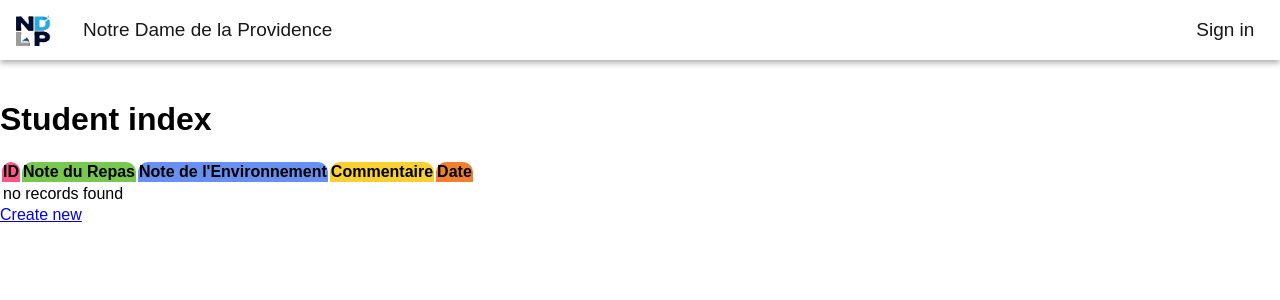
Repository: yaperson/self-feedback1
Page: templates/student/index.html.twig
An editor plug-in stored every save of this project. The page is shown before and after the next save, followed by the edit.
The browser window is 1280 px wide. The pictures show the whole page.
The page is a Twig template of a Symfony application; nobody is signed in and links lead nowhere. The template is opened directly, without the code that normally fills it, so the values that code supplies are empty.

Above is the page before, as saved 2021-12-14 10:43:22.
Console error: TypeError: Cannot read properties of null (reading 'querySelectorAll')

### templates/student/index.html.twig
{% extends 'base.html.twig' %}

{% block title %}Student index{% endblock %}

{% block body %}
    <h1>Student index</h1>

    <script>
        const compare = function(ids, asc)
        {
            return function(row1, row2)
            {
                const tdValue = function(row, ids)
                {
                    return row.children[ids].textContent;
                }

                const tri = function(v1, v2)
                {
                    if (v1 !== '' && v2 !== '' && !isNaN(v1) && !isNaN(v2))
                    {
                        return v1 - v2;
                    }

                    else
                    {
                        return v1.toString().localeCompare(v2);
                    }

                    return v1 !== '' && v2 !== '' && !isNaN(v1) && !isNaN(v2) ? v1 - v2 : v1.toString().localeCompare(v2);
                };

                return tri(tdValue(asc ? row1 : row2, ids), tdValue(asc ? row2 : row1, ids));
            }
        }

        const tbody = document.querySelector('tbody');
        const thx = document.querySelectorAll('th');
        const trxb = tbody.querySelectorAll('tr');

        thx.forEach(function(th)
        {
            th.addEventListener('click', function()
            {
                let classe = Array.from(trxb).sort(compare(Array.from(thx).indexOf(th), this.asc = !this.asc));

                classe.forEach(function(tr)
                {
                    tbody.appendChild(tr)
                });
            })
        });
    </script>

    <table class="table">
        <thead>
            <tr>
                <th style="background-color:#F85888; border-top-left-radius: 10px; -moz-border-radius-topleft: 10px; -webkit-border-top-left-radius: 10px; -khtml-border-top-left-radius: 10px; -icab-border-top-left-radius: 10px; -o-border-top-left-radius: 10px; border-top-right-radius: 10px; -moz-border-radius-topright: 10px; -webkit-border-top-right-radius: 10px; -khtml-border-top-right-radius: 10px; -icab-border-top-right-radius: 10px; -o-border-top-right-radius: 10px;">ID</th>
                <th style="background-color:#78C850; border-top-left-radius: 10px; -moz-border-radius-topleft: 10px; -webkit-border-top-left-radius: 10px; -khtml-border-top-left-radius: 10px; -icab-border-top-left-radius: 10px; -o-border-top-left-radius: 10px; border-top-right-radius: 10px; -moz-border-radius-topright: 10px; -webkit-border-top-right-radius: 10px; -khtml-border-top-right-radius: 10px; -icab-border-top-right-radius: 10px; -o-border-top-right-radius: 10px;">Note du Repas</th>
                <th style="background-color:#6890F0; border-top-left-radius: 10px; -moz-border-radius-topleft: 10px; -webkit-border-top-left-radius: 10px; -khtml-border-top-left-radius: 10px; -icab-border-top-left-radius: 10px; -o-border-top-left-radius: 10px; border-top-right-radius: 10px; -moz-border-radius-topright: 10px; -webkit-border-top-right-radius: 10px; -khtml-border-top-right-radius: 10px; -icab-border-top-right-radius: 10px; -o-border-top-right-radius: 10px;">Note de l'Environnement</th>
                <th style="background-color:#F8D030; border-top-left-radius: 10px; -moz-border-radius-topleft: 10px; -webkit-border-top-left-radius: 10px; -khtml-border-top-left-radius: 10px; -icab-border-top-left-radius: 10px; -o-border-top-left-radius: 10px; border-top-right-radius: 10px; -moz-border-radius-topright: 10px; -webkit-border-top-right-radius: 10px; -khtml-border-top-right-radius: 10px; -icab-border-top-right-radius: 10px; -o-border-top-right-radius: 10px;">Commentaire</th>
                <th style="background-color:#F08030; border-top-left-radius: 10px; -moz-border-radius-topleft: 10px; -webkit-border-top-left-radius: 10px; -khtml-border-top-left-radius: 10px; -icab-border-top-left-radius: 10px; -o-border-top-left-radius: 10px; border-top-right-radius: 10px; -moz-border-radius-topright: 10px; -webkit-border-top-right-radius: 10px; -khtml-border-top-right-radius: 10px; -icab-border-top-right-radius: 10px; -o-border-top-right-radius: 10px;">Date</th>
            </tr>
        </thead>
        <tbody>
        {% for student in students %}
            <tr>
                <td>{{ student.id }}</td>
                <td>{{ student.noteRepas }}</td>
                <td>{{ student.noteValeurEnvironnement }}</td>
                <td>{{ student.noteCommentaire }}</td>
                <td>{{ student.noteDate ? student.noteDate|date('Y-m-d') : '' }}</td>
            </tr>
        {% else %}
            <tr>
                <td colspan="6">no records found</td>
            </tr>
        {% endfor %}
        </tbody>
    </table>

    <a href="{{ path('student_new') }}">Create new</a>
{% endblock %}

### templates/base.html.twig
<!doctype html>
<html lang="en">
  <head>
    <meta charset="utf-8">
    <meta name="viewport" content="width=device-width, initial-scale=1, shrink-to-fit=no">
    <meta name="description" content="">
    <meta name="author" content="">
    <title>
        {% block title %} Welcome!
        {% endblock %}

    </title>
    <link rel="shortcut icon" href="images/cropped-cropped-NDLP-3-min-e1544695116495.png" type="image/x-icon">
    <link rel="stylesheet" href="css/style.css">
    <link rel="stylesheet" href="css/home.css">
    <!-- Bootstrap core CSS -->
    {# <link rel="stylesheet" href="/css/bootstrap.css" > #}
    {# <link rel="stylesheet" href="/css/starter-template.css" > #}

    <!-- Bootstrap core JS    # MIS EN COMMENTAIRE CAR BUGUE, A REGLER #
    <script src="js/bootstrap.js" > -->

 {% block stylesheets %}
 {% endblock %}
 {% block javascripts %}
 {% endblock %}

  </head>

  <body>
        <nav class="topnav" id="myTopnav">
          <div id="left">
            <img class="topnav__link img" src="/images/cropped-cropped-NDLP-3-min-e1544695116495.png">
            <span class="topnav__link">Notre Dame de la Providence</span>
          </div>
          {% if is_granted('ROLE_USER') %}
              <div class="nav-link disabled">
                <i class="fas fa-user"></i>
                {% if app.user %}
                  <strong>{{ app.user.username }}</strong>
                {% endif %}
              </div>
              <a class="topnav__link" id="right" href="{{ path('app_logout') }}">{{'Logout'|trans}}</a>
              {% else %}
              <a class="topnav__link" id="right" href="{{ path('app_login') }}">{{'Sign in'|trans}}</a>
              {% endif %}
        </nav>

    <main>
          {% block body %}{% endblock %}

    </main><!-- /.container -->
    {#
    <!-- Bootstrap core JavaScript
    ================================================== -->
    <!-- Placed at the end of the document so the pages load faster -->
    <script src="https://code.jquery.com/jquery-3.2.1.slim.min.js" integrity="sha384-KJ3o2DKtIkvYIK3UENzmM7KCkRr/rE9/Qpg6aAZGJwFDMVNA/GpGFF93hXpG5KkN" crossorigin="anonymous"></script>
    <script>window.jQuery || document.write('<script src="../../../../assets/js/vendor/jquery-slim.min.js"><\/script>')</script>
    <script src="../../../../assets/js/vendor/popper.min.js"></script>
    <script src="../../../../dist/js/bootstrap.min.js"></script> #}
  </body>
</html>

### public/css/style.css
html{
    width: 100%;
    width: 100%;
    height: 100%;
}


body{
    display: grid;
    margin: 0;
    width: 100%;
    height: 100vh;
    font-family: Arial, Helvetica, sans-serif;
}

main {
  margin-top: 5rem;
}

#btn5 {
  background: linear-gradient(180deg, #2aa1d4 0%, rgba(42, 158, 207, 0.992) 0.01%, rgba(43, 158, 207, 0.65) 99.97%, rgba(41, 157, 207, 0.67) 99.98%, rgba(45, 170, 225, 0.89) 100%);
  box-shadow: 0px 4px 4px rgba(0, 0, 0, 0.12);
  border-radius: 30px;
  border: none;
}
/***********************************************/
.topnav {
  overflow: hidden;
  background-color: rgb(255, 255, 255);
  box-shadow: 0 3px 6px 0 rgb(175, 175, 175);
  user-select: none;
  z-index: 2;
  display: flex;
  align-items: center;
  justify-content: space-between;
  position: fixed;
  width: 100%;
}
.topnav .topnav__link {
  float: left;
  color: #181818;
  padding: 14px 16px;
  text-decoration: none;
  font-size: 19px;
  transition: 0.2s;
}
#left {
  display: flex;
  align-items: center;
}
#right {
  float: right;
  /* margin-left: 75%; */
  padding-right: 2%;
}
.img {
  width: 35px;
  height: 32px;
  left: 11px;
  top: 7px;
}
.topnav .topnav__link:hover {
  color: #060c18;
  transition: 0.2s;
}
  /*****/
  .foo-container {
    display: flex;
    position: absolute;
    justify-content: center;
    align-items: center;
    bottom: 0;
    width: 100%;
    /* height: 164px; */
    color: white;
    background: #424242;
  }
  .bloc {
    display: flex;
    justify-content: space-around;
    margin: 10px;
    width: 50%;
  }

/***********************************************/

.error{
  display: flex;
  position: absolute;
  justify-content: center;
  align-items: center;
  width: 100%;
  height: 50px;
  background-color: red;
  animation: kboom infinite 1s;
  color: white;
}

@keyframes kboom {
  0%{
    background-color: red;
  }
  100%{
    background-color: blue;
  }
}



element.style {
  background-image: url(assets/img/image1.jpg);
  height: 100vh;
}
.bg-image {
  display: flex;
  justify-content: center;
  align-items: center;
  position: relative;
  overflow: hidden;
  background-repeat: no-repeat;
  background-size: cover;
  background-position: 50%;
}

@media (max-width: 750px) {
  .foo-container {
    color: #b6b6fb;
  }
  .topnav {
    max-width: 100%;
  }
}

### public/css/home.css
.main__title{
    display: flex;
    justify-content: center;
}

.title{
    font-size: 5rem;
    transition: 0.2s;
    animation: fromTop 2s ;
}

/***************/
.main__btn{
    justify-content: center;
    align-content: center;
    align-items: center;
    text-align: center;
    display: flex;
}

#btn5{
    display: flex;
    align-items: center;
    justify-content: center;
    position: relative;
    overflow: hidden;
    color: rgb(255, 255, 255);
    mix-blend-mode: normal;
    cursor: pointer;
    outline: none;
    border: none;
    width: 20%;
    height: 60px;
    text-decoration: none;
}
.TxtBtn {
    position: relative;
    pointer-events: none;
}

@media screen and (max-width: 750px) {
    main{
        max-width: 100%;
        height: 80%;
    }
    h1 {
        font-size: 60px;
        margin: auto;
    }
    h3{
        font-size: 50px;
    }
    #target{
        font-size: 50px;
    }
    #btn5{
        width: 200px;
    }
}

@keyframes fromTop {
    0% {
        color: rgba(0, 0, 0, 0);
        transition: 0.2s;
        margin-top: 20px;
    }
    100% {
        color: rgb(0, 0, 0);
        /* transition: 0.2s; */
    }
}

After the next save:
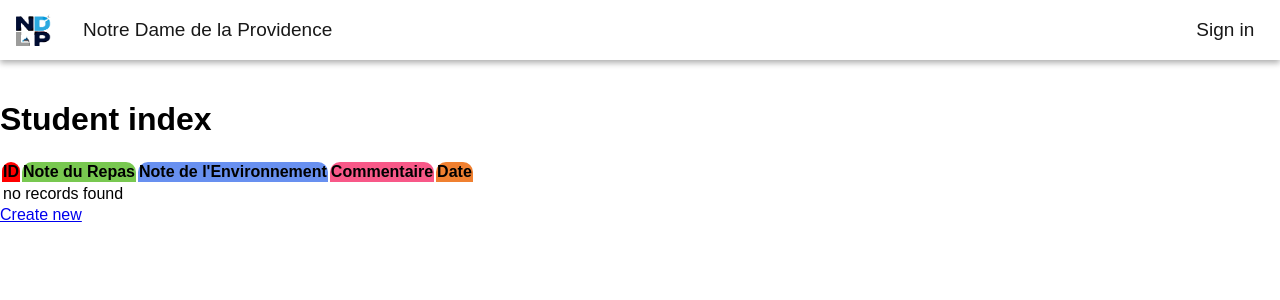
Saved 58 s later.
--- a/templates/student/index.html.twig
+++ b/templates/student/index.html.twig
@@ -55,10 +55,10 @@
     <table class="table">
         <thead>
             <tr>
-                <th style="background-color:#F85888; border-top-left-radius: 10px; -moz-border-radius-topleft: 10px; -webkit-border-top-left-radius: 10px; -khtml-border-top-left-radius: 10px; -icab-border-top-left-radius: 10px; -o-border-top-left-radius: 10px; border-top-right-radius: 10px; -moz-border-radius-topright: 10px; -webkit-border-top-right-radius: 10px; -khtml-border-top-right-radius: 10px; -icab-border-top-right-radius: 10px; -o-border-top-right-radius: 10px;">ID</th>
+                <th style="background-color:#FF0000; border-top-left-radius: 10px; -moz-border-radius-topleft: 10px; -webkit-border-top-left-radius: 10px; -khtml-border-top-left-radius: 10px; -icab-border-top-left-radius: 10px; -o-border-top-left-radius: 10px; border-top-right-radius: 10px; -moz-border-radius-topright: 10px; -webkit-border-top-right-radius: 10px; -khtml-border-top-right-radius: 10px; -icab-border-top-right-radius: 10px; -o-border-top-right-radius: 10px;">ID</th>
                 <th style="background-color:#78C850; border-top-left-radius: 10px; -moz-border-radius-topleft: 10px; -webkit-border-top-left-radius: 10px; -khtml-border-top-left-radius: 10px; -icab-border-top-left-radius: 10px; -o-border-top-left-radius: 10px; border-top-right-radius: 10px; -moz-border-radius-topright: 10px; -webkit-border-top-right-radius: 10px; -khtml-border-top-right-radius: 10px; -icab-border-top-right-radius: 10px; -o-border-top-right-radius: 10px;">Note du Repas</th>
                 <th style="background-color:#6890F0; border-top-left-radius: 10px; -moz-border-radius-topleft: 10px; -webkit-border-top-left-radius: 10px; -khtml-border-top-left-radius: 10px; -icab-border-top-left-radius: 10px; -o-border-top-left-radius: 10px; border-top-right-radius: 10px; -moz-border-radius-topright: 10px; -webkit-border-top-right-radius: 10px; -khtml-border-top-right-radius: 10px; -icab-border-top-right-radius: 10px; -o-border-top-right-radius: 10px;">Note de l'Environnement</th>
-                <th style="background-color:#F8D030; border-top-left-radius: 10px; -moz-border-radius-topleft: 10px; -webkit-border-top-left-radius: 10px; -khtml-border-top-left-radius: 10px; -icab-border-top-left-radius: 10px; -o-border-top-left-radius: 10px; border-top-right-radius: 10px; -moz-border-radius-topright: 10px; -webkit-border-top-right-radius: 10px; -khtml-border-top-right-radius: 10px; -icab-border-top-right-radius: 10px; -o-border-top-right-radius: 10px;">Commentaire</th>
+                <th style="background-color:#F85888; border-top-left-radius: 10px; -moz-border-radius-topleft: 10px; -webkit-border-top-left-radius: 10px; -khtml-border-top-left-radius: 10px; -icab-border-top-left-radius: 10px; -o-border-top-left-radius: 10px; border-top-right-radius: 10px; -moz-border-radius-topright: 10px; -webkit-border-top-right-radius: 10px; -khtml-border-top-right-radius: 10px; -icab-border-top-right-radius: 10px; -o-border-top-right-radius: 10px;">Commentaire</th>
                 <th style="background-color:#F08030; border-top-left-radius: 10px; -moz-border-radius-topleft: 10px; -webkit-border-top-left-radius: 10px; -khtml-border-top-left-radius: 10px; -icab-border-top-left-radius: 10px; -o-border-top-left-radius: 10px; border-top-right-radius: 10px; -moz-border-radius-topright: 10px; -webkit-border-top-right-radius: 10px; -khtml-border-top-right-radius: 10px; -icab-border-top-right-radius: 10px; -o-border-top-right-radius: 10px;">Date</th>
             </tr>
         </thead>
